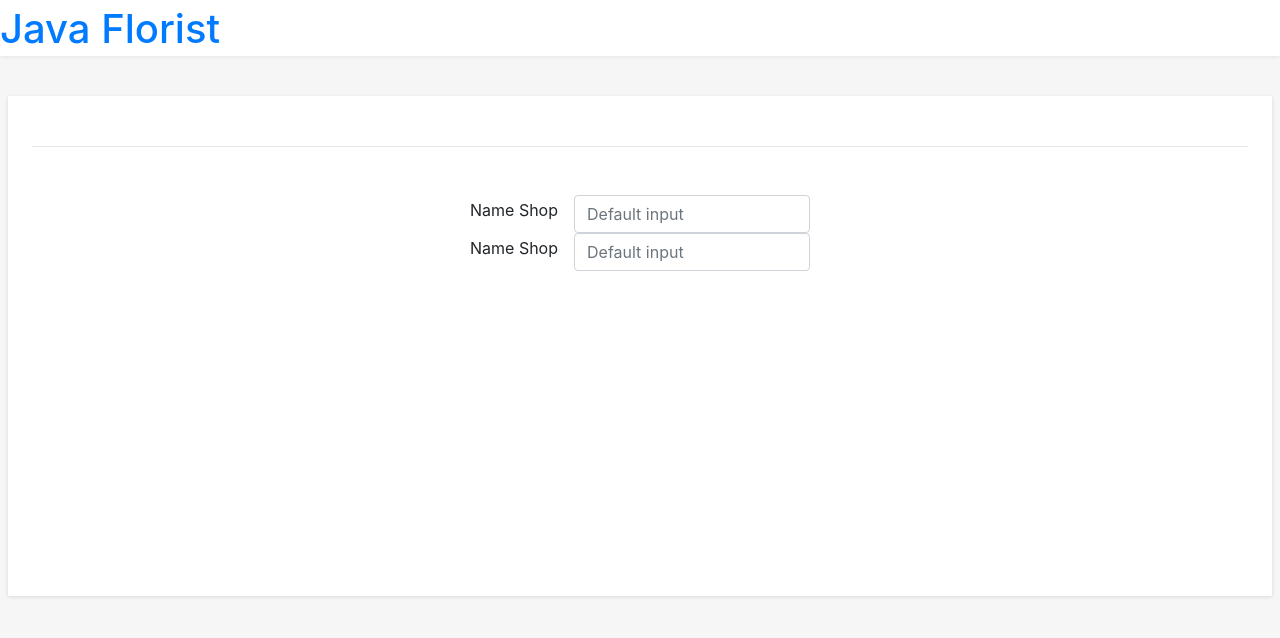
Repository: hienttm/flower-java-florist
Page: JavaFlorist/JavaFlorist/wwwroot/BecomePartner/index.html
An editor plug-in stored every save of this project. The page is shown before and after a run of saves, followed by the edit.
The browser window is 1280 px wide. The pictures show the whole page.
Some web libraries are served in a nearby version.

Above is the page before, as saved 2023-12-29 17:49:37.

After the next 2 saves:
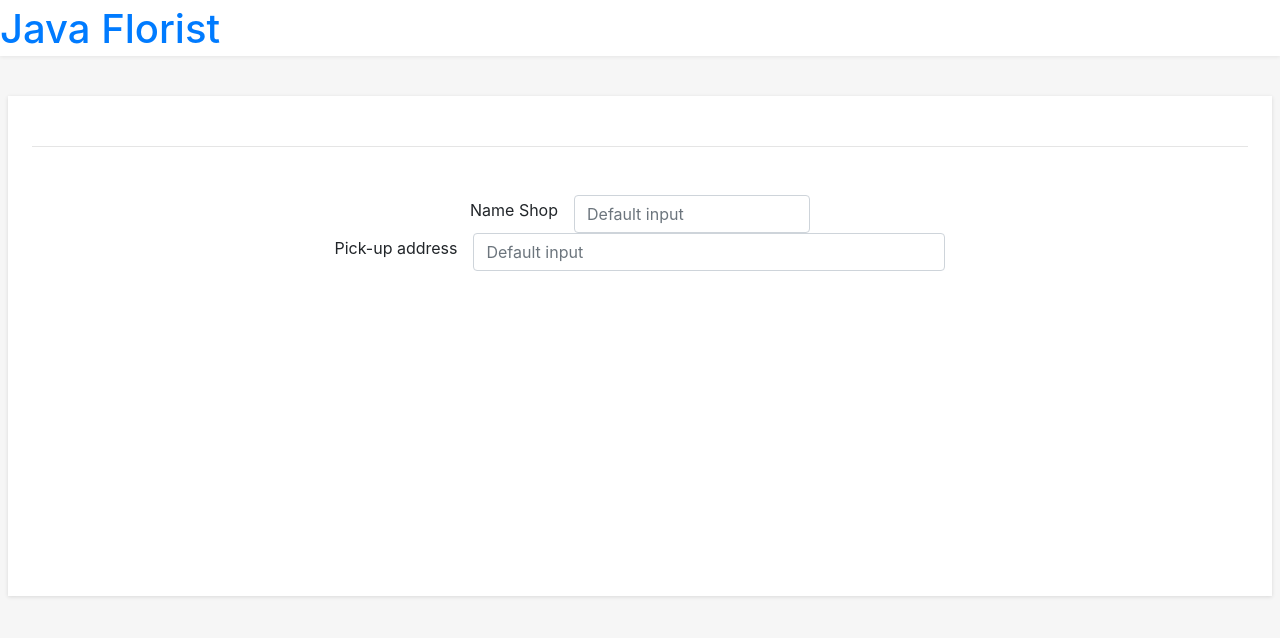
The 2 saves are shown as one change because they came seconds apart.
The last was saved 6 s later.
--- a/JavaFlorist/JavaFlorist/wwwroot/BecomePartner/index.html
+++ b/JavaFlorist/JavaFlorist/wwwroot/BecomePartner/index.html
@@ -36,8 +36,8 @@
                                 </div>
 
                                 <div class="onboarding-form-item d-flex align-items-center justify-content-center">
-                                    <label class="pr-3" for="">Name Shop</label>
-                                    <input class="form-control w-25" type="text" placeholder="Default input">
+                                    <label class="pr-3" for="">Pick-up address</label>
+                                    <input class="form-control w-50" type="text" placeholder="Default input">
                                 </div>
                             </form>
                         </div>
